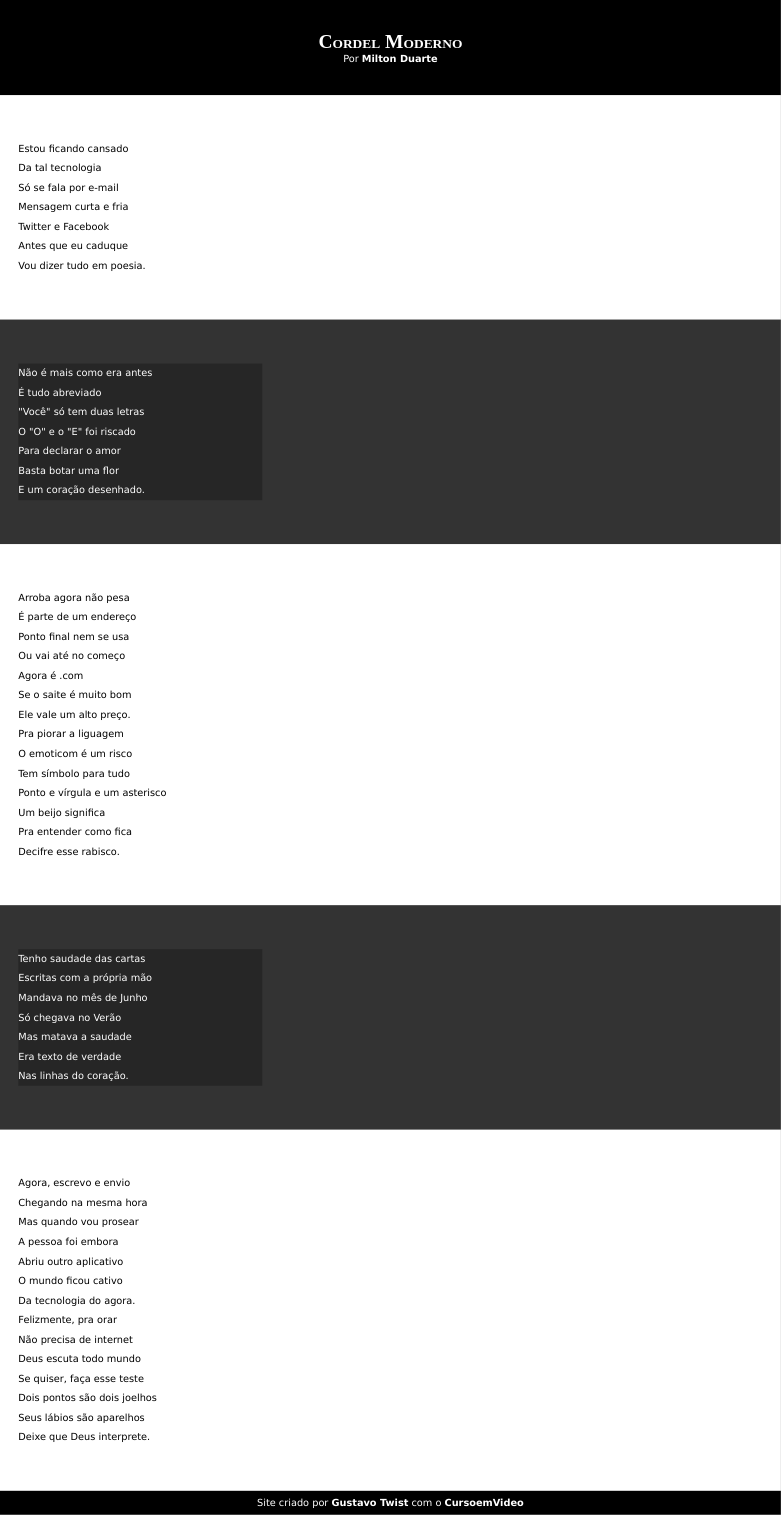
Repository: gustavotwist/projeto-cordel
Page: index.html
An editor plug-in stored every save of this project. The page is shown before and after a run of saves, followed by the edit.
The browser window is 1280 px wide. The pictures show the whole page, at 61% of full size.
Some web fonts or font styles are not loaded; a fallback is used.

Above is the page before, as saved 2024-04-23 21:49:50.

### index.html
<!DOCTYPE html>
<html lang="pt-br">
<head>
    <meta charset="UTF-8">
    <meta name="viewport" content="width=device-width, initial-scale=1.0">
    <title>Cordel Moderno</title>
    <link rel="stylesheet" href="estilo/style.css">
</head>
<body>
    <header>
        <h1>
            Cordel Moderno
        </h1>
        <p>
            Por <a href="https://www.recantodasletras.com.br/poesias/3186743" target="_blank">Milton Duarte</a>
        </p>
    </header>

    <section class="normal">
        <p>
            Estou ficando cansado <br>
            Da tal tecnologia <br>
            Só se fala por e-mail <br>
            Mensagem curta e fria <br>
            Twitter e Facebook <br>
            Antes que eu caduque <br>
            Vou dizer tudo em poesia.
        </p>
    </section>

    <section class="imagem">
        <p>
            Não é mais como era antes <br>
            É tudo abreviado <br>
            "Você" só tem duas letras <br>
            O "O" e o "E" foi riscado <br>
            Para declarar o amor <br>
            Basta botar uma flor <br>
            E um coração desenhado.
        </p>
    </section>

    <section class="normal">
        <p>
            Arroba agora não pesa <br>
            É parte de um endereço <br>
            Ponto final nem se usa <br>
            Ou vai até no começo <br>
            Agora é .com <br>
            Se o saite é muito bom <br>
            Ele vale um alto preço. <br>
        </p>

        <p>
            Pra piorar a liguagem <br>
            O emoticom é um risco <br>
            Tem símbolo para tudo <br>
            Ponto e vírgula e um asterisco <br>
            Um beijo significa <br>
            Pra entender como fica <br>
            Decifre esse rabisco.
        </p>
    </section>

    <section class="imagem">
        <p>
            Tenho saudade das cartas <br>
            Escritas com a própria mão <br>
            Mandava no mês de Junho <br>
            Só chegava no Verão <br>
            Mas matava a saudade <br>
            Era texto de verdade <br>
            Nas linhas do coração.
        </p>
    </section>

    <section class="normal">
        <p>
            Agora, escrevo e envio <br>
            Chegando na mesma hora <br>
            Mas quando vou prosear <br>
            A pessoa foi embora <br>
            Abriu outro aplicativo <br>
            O mundo ficou cativo <br>
            Da tecnologia do agora.
        </p>


        <p>
            Felizmente, pra orar <br>
            Não precisa de internet <br>
            Deus escuta todo mundo <br>
            Se quiser, faça esse teste <br>
            Dois pontos são dois joelhos <br>
            Seus lábios são aparelhos <br>
            Deixe que Deus interprete.
        </p>
    </section>

    <footer>
        <p>Site criado por <a href="https://github.com/gustavotwist" target="_blank">Gustavo Twist</a> com o <a href="https://www.cursoemvideo.com" target="_blank">CursoemVideo</a></p>
    </footer>
</body>
</html>

### estilo/style.css
@charset "UTF-8";

@import url('https://fonts.googleapis.com/css2?family=Passion+One:wght@400;700;900&display=swap');

@import url('https://fonts.googleapis.com/css2?family=Sriracha&display=swap');


:root {
    --fonte1: Verdana, Geneva, Tahoma, sans-serif;
    --fonte2: 'Passion One', cursive;
    --fonte3: 'Sriracha', cursive;
}

* {
    margin: 0px;
    padding: 0px;
}

html, body {
    min-height: 100vh;
    background-color: darkgray;
    font-family: var(--fonte1);
}

header {
    background-color: black;
    color: white;
    text-align: center;
}

header > h1 {
    padding-top: 50px;
    font-variant: small-caps;
    font-family: var(--fonte2);
}

header > p {
    padding-bottom: 50px;
}

header a, footer a {
    color: white;
    text-decoration: none;
    font-weight: bolder;
}

header a:hover, footer a:hover {
    text-decoration: underline;
}

section {
    padding-top: 10vh;
    padding-bottom: 10vh;
    line-height: 2em;
    padding-left: 30px;
    font-family: ;
}

section.normal {
    background-color: white;
    color: black;
}

section.imagem {
    background-color: rgb(51, 51, 51);
    color: white;
}

section.imagem > p {
    width: 400px;
    background-color: rgb(0, 0, 0, 0.253);

}

footer {
    background-color: black;
    color: white;
    text-align: center;
    padding: 10px;
}

After the next 4 saves:
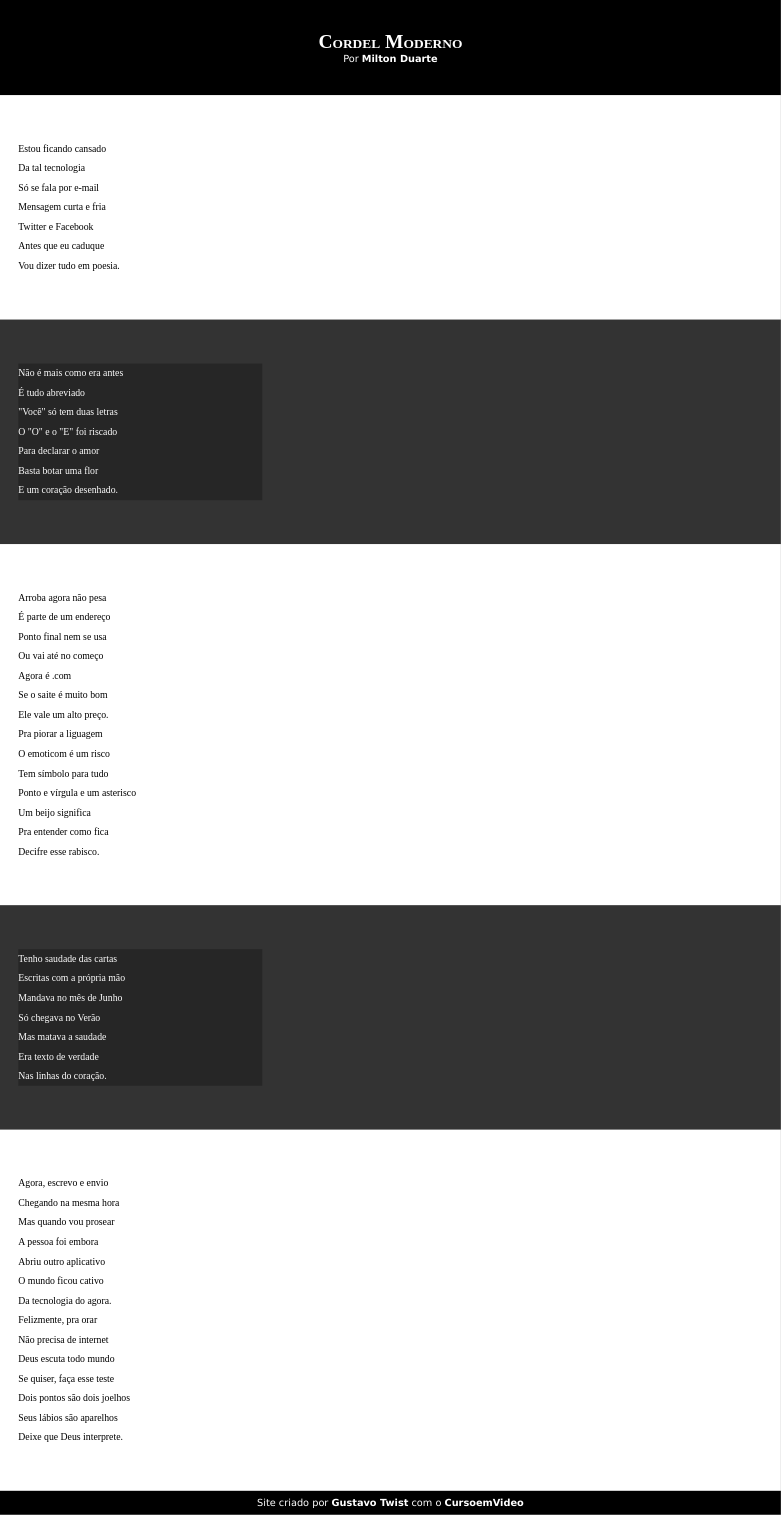
The 4 saves are shown as one change because they came seconds apart.
The last was saved 12 s later.
--- a/estilo/style.css
+++ b/estilo/style.css
@@ -53,7 +53,7 @@ section {
     padding-bottom: 10vh;
     line-height: 2em;
     padding-left: 30px;
-    font-family: ;
+    font-family: var(--fonte3);
 }
 
 section.normal {
